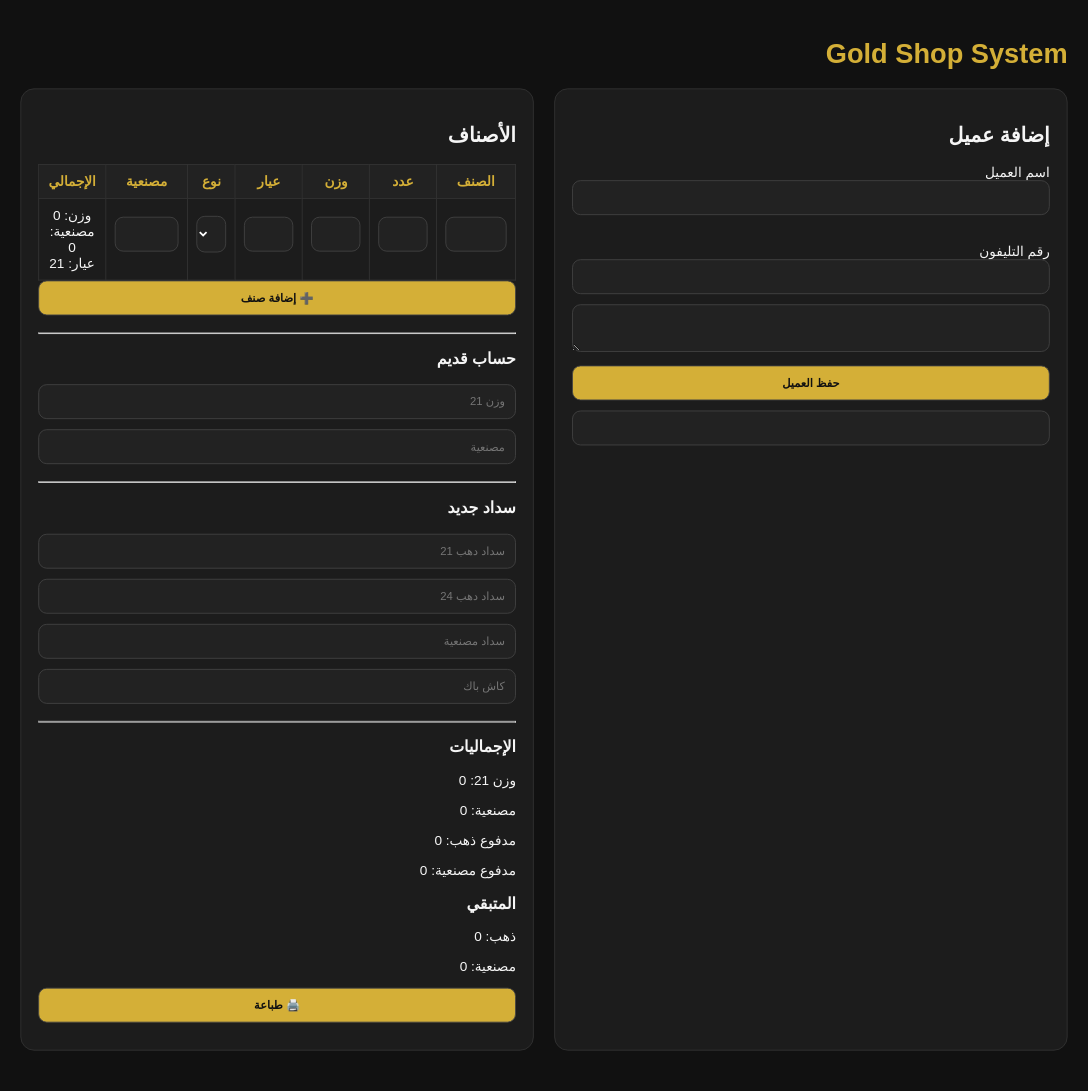
Repository: erineehab27/gold-shop
Page: /
The author's editor kept a copy of each file at every save. The page is drawn from the files as they stood at one save, then again after the next save.
The browser window is 1280 px wide. The pictures show the whole page, at 85% of full size.
The project was rebuilt for these pictures with package versions that can differ from the ones it lists, and the page was loaded fresh each time. Also part of the build but not shown: vite.config.js, src/printpage.jsx.

Above is the page before, as saved 2026-05-11 12:30:44.

### index.html
<!doctype html>
<html lang="en">
  <head>
    <meta charset="UTF-8" />
    <link rel="icon" type="image/svg+xml" href="/favicon.svg" />
    <meta name="viewport" content="width=device-width, initial-scale=1.0" />
    <title>gold-shop-system</title>
  </head>
  <body>
    <div id="root"></div>
    <script type="module" src="/src/main.jsx"></script>
  </body>
</html>

### src/main.jsx
// import React from "react";
// import ReactDOM from "react-dom/client";
// import App from "./App.jsx";

// ReactDOM.createRoot(document.getElementById("root")).render(
//   <React.StrictMode>
//     <App />
//   </React.StrictMode>
// );





import React from "react";
import ReactDOM from "react-dom/client";
import App from "./App.jsx";
import PrintPage from "./printpage.jsx";
import { BrowserRouter, Routes, Route } from "react-router-dom";

ReactDOM.createRoot(document.getElementById("root")).render(
  <BrowserRouter>
    <Routes>
      <Route path="/" element={<App />} />
      <Route path="/print" element={<PrintPage />} />
    </Routes>
  </BrowserRouter>
);

### src/App.jsx


// import { useEffect, useState } from "react";
// import { useNavigate } from "react-router-dom";
// import "./App.css";

// export default function App() {
//   const navigate = useNavigate();
//   const [customers, setCustomers] = useState([]);
//   const [selectedCustomer, setSelectedCustomer] = useState(null);
//   const [search, setSearch] = useState("");

//   const [customerForm, setCustomerForm] = useState({
//     name: "",
//     phone: "",
//     notes: "",
//   });

//   const [invoices, setInvoices] = useState([]);

//   const [items, setItems] = useState([
//     { name: "", count: "", weight: "", karat: "", workmanship: "", type: "gram" }
//   ]);

//   const [oldGold, setOldGold] = useState("");
//   const [oldWorkmanship, setOldWorkmanship] = useState("");

//   const [payGold, setPayGold] = useState("");
//   const [payWorkmanshipNow, setPayWorkmanshipNow] = useState("");

//   useEffect(() => {
//     const savedCustomers = JSON.parse(localStorage.getItem("customers")) || [];
//     const savedInvoices = JSON.parse(localStorage.getItem("invoices")) || [];

//     setCustomers(savedCustomers);
//     setInvoices(savedInvoices);
//   }, []);

//   const fix = (num) => Number(Number(num).toFixed(2));

//   const addCustomer = (e) => {
//     e.preventDefault();
//     if (!customerForm.name) return alert("اكتب اسم العميل");

//     const newCustomer = { id: Date.now(), ...customerForm };
//     const updated = [...customers, newCustomer];

//     setCustomers(updated);
//     localStorage.setItem("customers", JSON.stringify(updated));

//     setCustomerForm({ name: "", phone: "", notes: "" });
//     alert("تم حفظ العميل ✅");
//   };

//   const handleSearch = (value) => {
//     setSearch(value);
//     const all = JSON.parse(localStorage.getItem("customers")) || [];

//     if (!value) return setCustomers(all);

//     const filtered = all.filter(
//       (c) =>
//         c.name.includes(value) ||
//         c.phone.includes(value) ||
//         String(c.id).includes(value)
//     );

//     setCustomers(filtered);
//   };

//   const handleItemChange = (index, field, value) => {
//     const updated = [...items];
//     updated[index][field] = value;
//     setItems(updated);
//   };

//   const addRow = () => {
//     setItems([
//       ...items,
//       { name: "", count: "", weight: "", karat: "", workmanship: "", type: "gram" }
//     ]);
//   };

//   // 🔥 الإجماليات (المعدلة فقط)
//   let totalWeight21 = 0;
//   let totalWorkmanship = 0;

//   items.forEach((item) => {
//     const count = Number(item.count || 0);
//     const weight = Number(item.weight || 0);
//     const karat = Number(item.karat || 0);
//     const workmanship = Number(item.workmanship || 0);

//     let itemWeight = count * weight;
//     let itemWork = 0;

//     if (item.type === "piece") {
//       itemWork = count * workmanship;
//     } else {
//       itemWork = itemWeight * workmanship;
//     }

//     // 🔥 التحويل الصح (هنا بس)
//     let weight21 = 0;

//     if (karat === 24) {
//       weight21 = (itemWeight * 999.9) / 875;
//     } else if (karat === 21) {
//       weight21 = itemWeight;
//     } else {
//       weight21 = (itemWeight * karat) / 875;
//     }

//     totalWeight21 += weight21;
//     totalWorkmanship += itemWork;
//   });

//   // حساب قديم
//   totalWeight21 += Number(oldGold || 0);
//   totalWorkmanship += Number(oldWorkmanship || 0);

//   // السداد
//   const customerInvoices = invoices.filter(
//     (inv) => inv.customer_id === selectedCustomer?.id
//   );

//   let paidGold = 0;
//   let paidWork = 0;

//   customerInvoices.forEach((inv) => {
//     paidGold += Number(inv.totalPaid21 || 0);
//     paidWork +=
//       Number(inv.workmanshipTotal || 0) -
//       Number(inv.remainingWorkmanship || 0);
//   });

//   const totalPaidGold = paidGold + Number(payGold || 0);
//   const totalPaidWork = paidWork + Number(payWorkmanshipNow || 0);

//   const remainingGold = fix(totalWeight21 - totalPaidGold);
//   const remainingWork = fix(totalWorkmanship - totalPaidWork);

//   return (
//     <div className="app">
//       <h1>Gold Shop System</h1>

//       <div className="grid">
//         {/* الشمال */}
//         <section className="card">
//           <h2>إضافة عميل</h2>

//           <form onSubmit={addCustomer}>
//             <label>اسم العميل</label>
//             <input
//               value={customerForm.name}
//               onChange={(e) =>
//                 setCustomerForm({ ...customerForm, name: e.target.value })
//               }
//             />

//             <label>رقم التليفون</label>
//             <input
//               value={customerForm.phone}
//               onChange={(e) =>
//                 setCustomerForm({ ...customerForm, phone: e.target.value })
//               }
//             />

//             <label>ملاحظات</label>
//             <textarea
//               value={customerForm.notes}
//               onChange={(e) =>
//                 setCustomerForm({ ...customerForm, notes: e.target.value })
//               }
//             />

//             <button>حفظ العميل</button>
//           </form>

//           <label>بحث</label>
//           <input value={search} onChange={(e) => handleSearch(e.target.value)} />

//           <div className="list">
//             {customers.map((c) => (
//               <div
//                 key={c.id}
//                 className="customer"
//                 onClick={() => setSelectedCustomer(c)}
//               >
//                 <strong>#{c.id} - {c.name}</strong>
//                 <span>{c.phone}</span>
//               </div>
//             ))}
//           </div>
//         </section>

//         {/* اليمين */}
//         <section className="card">
//           <h2>الأصناف</h2>

//           {selectedCustomer && <p>{selectedCustomer.name}</p>}

//           <table>
//             <thead>
//               <tr>
//                 <th>الصنف</th>
//                 <th>عدد</th>
//                 <th>وزن</th>
//                 <th>عيار</th>
//                 <th>نوع</th>
//                 <th>مصنعية</th>
//                 <th>الإجمالي</th>
//               </tr>
//             </thead>

//             <tbody>
//               {items.map((item, i) => {
//                 const count = Number(item.count || 0);
//                 const weight = Number(item.weight || 0);
//                 const karat = Number(item.karat || 0);
//                 const workmanship = Number(item.workmanship || 0);

//                 let itemWeight = count * weight;
//                 let itemWork = 0;

//                 if (item.type === "piece") {
//                   itemWork = count * workmanship;
//                 } else {
//                   itemWork = itemWeight * workmanship;
//                 }

//                 return (
//                   <tr key={i}>
//                     <td><input onChange={(e) => handleItemChange(i, "name", e.target.value)} /></td>
//                     <td><input onChange={(e) => handleItemChange(i, "count", e.target.value)} /></td>
//                     <td><input onChange={(e) => handleItemChange(i, "weight", e.target.value)} /></td>
//                     <td><input onChange={(e) => handleItemChange(i, "karat", e.target.value)} /></td>
//                     <td>
//                       <select onChange={(e) => handleItemChange(i, "type", e.target.value)}>
//                         <option value="gram">جرام</option>
//                         <option value="piece">قطعة</option>
//                       </select>
//                     </td>
//                     <td><input onChange={(e) => handleItemChange(i, "workmanship", e.target.value)} /></td>

//                     {/* ❗ متلمسناش هنا */}
//                     <td>
//                       وزن: {fix(itemWeight)} <br />
//                       مصنعية: {fix(itemWork)} <br />
//                       عيار: {karat === 24 ? "24" : "21"}
//                     </td>
//                   </tr>
//                 );
//               })}
//             </tbody>
//           </table>

//           <button onClick={addRow}>➕ إضافة صنف</button>

//           <hr />

//           <h3>حساب قديم</h3>
//           <input placeholder="وزن 21" onChange={(e) => setOldGold(e.target.value)} />
//           <input placeholder="مصنعية" onChange={(e) => setOldWorkmanship(e.target.value)} />

//           <hr />

//           <h3>سداد جديد</h3>
//           <input placeholder="سداد دهب 21" onChange={(e) => setPayGold(e.target.value)} />
//           <input placeholder="سداد مصنعية" onChange={(e) => setPayWorkmanshipNow(e.target.value)} />

//           <hr />

//           <h3>الإجماليات</h3>
//           <p>وزن 21: {fix(totalWeight21)}</p>
//           <p>مصنعية: {fix(totalWorkmanship)}</p>
//           <p>مدفوع ذهب: {fix(totalPaidGold)}</p>
//           <p>مدفوع مصنعية: {fix(totalPaidWork)}</p>

//           <h3>المتبقي</h3>
//           <p>ذهب: {remainingGold}</p>
//           <p>مصنعية: {remainingWork}</p>

//           {/* <button
//   onClick={() =>
//     navigate("/print", {
//       state: {
//         customer,
//         invoices
//       }
//     })
//   }
// >
//   🖨️ طباعة
// </button> */
// <button
//   onClick={() =>
//     navigate("/print", {
//       state: {
//         customer: selectedCustomer,
//         invoices: customerInvoices,
//         items: items, // 🔥 مهم
//         oldGold,
//         oldWorkmanship,
//         payGold,
//         payWorkmanshipNow
//       }
//     })
//   }
// >
//   🖨️ طباعة
// </button>
// }
//         </section>
//       </div>
//     </div>
//   );
// }
















import { useEffect, useState } from "react";
import { useNavigate } from "react-router-dom";
import "./App.css";

export default function App() {
  const navigate = useNavigate();
  const [customers, setCustomers] = useState([]);
  const [selectedCustomer, setSelectedCustomer] = useState(null);
  const [search, setSearch] = useState("");

  const [customerForm, setCustomerForm] = useState({
    name: "",
    phone: "",
    notes: "",
  });

  const [invoices, setInvoices] = useState([]);

  const [items, setItems] = useState([
    { name: "", count: "", weight: "", karat: "", workmanship: "", type: "gram" }
  ]);

  const [oldGold, setOldGold] = useState("");
  const [oldWorkmanship, setOldWorkmanship] = useState("");

  const [payGold, setPayGold] = useState("");
  const [payGold24, setPayGold24] = useState(""); // 🔥 جديد
  const [payWorkmanshipNow, setPayWorkmanshipNow] = useState("");
  const [cashBack, setCashBack] = useState("");   // 🔥 جديد

  useEffect(() => {
    const savedCustomers = JSON.parse(localStorage.getItem("customers")) || [];
    const savedInvoices = JSON.parse(localStorage.getItem("invoices")) || [];

    setCustomers(savedCustomers);
    setInvoices(savedInvoices);
  }, []);

  const fix = (num) => Number(Number(num).toFixed(2));

  const addCustomer = (e) => {
    e.preventDefault();
    if (!customerForm.name) return alert("اكتب اسم العميل");

    const newCustomer = { id: Date.now(), ...customerForm };
    const updated = [...customers, newCustomer];

    setCustomers(updated);
    localStorage.setItem("customers", JSON.stringify(updated));

    setCustomerForm({ name: "", phone: "", notes: "" });
    alert("تم حفظ العميل ✅");
  };

  const handleSearch = (value) => {
    setSearch(value);
    const all = JSON.parse(localStorage.getItem("customers")) || [];

    if (!value) return setCustomers(all);

    const filtered = all.filter(
      (c) =>
        c.name.includes(value) ||
        c.phone.includes(value) ||
        String(c.id).includes(value)
    );

    setCustomers(filtered);
  };

  const handleItemChange = (index, field, value) => {
    const updated = [...items];
    updated[index][field] = value;
    setItems(updated);
  };

  const addRow = () => {
    setItems([
      ...items,
      { name: "", count: "", weight: "", karat: "", workmanship: "", type: "gram" }
    ]);
  };

  // 🔥 الحساب (زي ما هو + تعديل التحويل فقط)
  let totalWeight21 = 0;
  let totalWorkmanship = 0;

  items.forEach((item) => {
    const count = Number(item.count || 0);
    const weight = Number(item.weight || 0);
    const karat = Number(item.karat || 0);
    const workmanship = Number(item.workmanship || 0);

    let itemWeight = count * weight;
    let itemWork = 0;

    if (item.type === "piece") {
      itemWork = count * workmanship;
    } else {
      itemWork = itemWeight * workmanship;
    }

    // 🔥 التحويل الصح
    let weight21 = 0;

    if (karat === 24) {
      weight21 = (itemWeight * 999.9) / 875;
    } else if (karat === 21) {
      weight21 = itemWeight;
    } else {
      weight21 = (itemWeight * karat) / 875;
    }

    totalWeight21 += weight21;
    totalWorkmanship += itemWork;
  });

  // حساب قديم
  totalWeight21 += Number(oldGold || 0);
  totalWorkmanship += Number(oldWorkmanship || 0);

  // السداد القديم
  const customerInvoices = invoices.filter(
    (inv) => inv.customer_id === selectedCustomer?.id
  );

  let paidGold = 0;
  let paidWork = 0;

  customerInvoices.forEach((inv) => {
    paidGold += Number(inv.totalPaid21 || 0);
    paidWork +=
      Number(inv.workmanshipTotal || 0) -
      Number(inv.remainingWorkmanship || 0);
  });

  // 🔥 تحويل سداد 24 → 21
  const payGold24_to21 = (Number(payGold24 || 0) * 999.9) / 875;

  const totalPaidGold =
    paidGold +
    Number(payGold || 0) +
    payGold24_to21;

  const totalPaidWork =
    paidWork +
    Number(payWorkmanshipNow || 0) +
    Number(cashBack || 0);

  const remainingGold = fix(totalWeight21 - totalPaidGold);
  const remainingWork = fix(totalWorkmanship - totalPaidWork);

  return (
    <div className="app">
      <h1>Gold Shop System</h1>

      <div className="grid">
        {/* الشمال */}
        <section className="card">
          <h2>إضافة عميل</h2>

          <form onSubmit={addCustomer}>
            <label> اسم العميل</label>
            <input
              value={customerForm.name}
              onChange={(e) =>
                setCustomerForm({ ...customerForm, name: e.target.value })
              }
            />
            <label> <h4></h4>رقم التليفون</label>
            <input
              value={customerForm.phone}
              onChange={(e) =>
                setCustomerForm({ ...customerForm, phone: e.target.value })
              }
            />
            <textarea
              value={customerForm.notes}
              onChange={(e) =>
                setCustomerForm({ ...customerForm, notes: e.target.value })
              }
            />
            <button>حفظ العميل</button>
          </form>

          <input value={search} onChange={(e) => handleSearch(e.target.value)} />

          <div className="list">
            {customers.map((c) => (
              <div key={c.id} onClick={() => setSelectedCustomer(c)}>
                {c.name}
              </div>
            ))}
          </div>
        </section>

        {/* اليمين */}
        <section className="card">
          <h2>الأصناف</h2>

          {selectedCustomer && <p>{selectedCustomer.name}</p>}

          {/* ❗❗❗ الجزء دا متلمسش خالص زي ما هو */}
          <table>
            <thead>
              <tr>
                <th>الصنف</th>
                <th>عدد</th>
                <th>وزن</th>
                <th>عيار</th>
                <th>نوع</th>
                <th>مصنعية</th>
                <th>الإجمالي</th>
              </tr>
            </thead>

            <tbody>
              {items.map((item, i) => {
                const count = Number(item.count || 0);
                const weight = Number(item.weight || 0);
                const karat = Number(item.karat || 0);
                const workmanship = Number(item.workmanship || 0);

                let itemWeight = count * weight;
                let itemWork = 0;

                if (item.type === "piece") {
                  itemWork = count * workmanship;
                } else {
                  itemWork = itemWeight * workmanship;
                }

                return (
                  <tr key={i}>
                    <td><input onChange={(e) => handleItemChange(i, "name", e.target.value)} /></td>
                    <td><input onChange={(e) => handleItemChange(i, "count", e.target.value)} /></td>
                    <td><input onChange={(e) => handleItemChange(i, "weight", e.target.value)} /></td>
                    <td><input onChange={(e) => handleItemChange(i, "karat", e.target.value)} /></td>
                    <td>
                      <select onChange={(e) => handleItemChange(i, "type", e.target.value)}>
                        <option value="gram">جرام</option>
                        <option value="piece">قطعة</option>
                      </select>
                    </td>
                    <td><input onChange={(e) => handleItemChange(i, "workmanship", e.target.value)} /></td>
                    <td>
                      وزن: {fix(itemWeight)} <br />
                      مصنعية: {fix(itemWork)} <br />
                      عيار: {karat === 24 ? "24" : "21"}
                    </td>
                  </tr>
                );
              })}
            </tbody>
          </table>

          <button onClick={addRow}>➕ إضافة صنف</button>

          <hr />

          <h3>حساب قديم</h3>
          <input placeholder="وزن 21" onChange={(e) => setOldGold(e.target.value)} />
          <input placeholder="مصنعية" onChange={(e) => setOldWorkmanship(e.target.value)} />

          <hr />

          <h3>سداد جديد</h3>
          <input placeholder="سداد دهب 21" onChange={(e) => setPayGold(e.target.value)} />
          <input placeholder="سداد دهب 24" onChange={(e) => setPayGold24(e.target.value)} />
          <input placeholder="سداد مصنعية" onChange={(e) => setPayWorkmanshipNow(e.target.value)} />
          <input placeholder="كاش باك" onChange={(e) => setCashBack(e.target.value)} />

          <hr />

          <h3>الإجماليات</h3>
          <p>وزن 21: {fix(totalWeight21)}</p>
          <p>مصنعية: {fix(totalWorkmanship)}</p>
          <p>مدفوع ذهب: {fix(totalPaidGold)}</p>
          <p>مدفوع مصنعية: {fix(totalPaidWork)}</p>

          <h3>المتبقي</h3>
          <p>ذهب: {remainingGold}</p>
          <p>مصنعية: {remainingWork}</p>

          <button
            onClick={() =>
              navigate("/print", {
                state: {
                  customer: selectedCustomer,
                  invoices: customerInvoices,
                  items,
                  oldGold,
                  oldWorkmanship,
                  payGold,
                  payGold24,
                  payWorkmanshipNow,
                  cashBack
                }
              })
            }
          >
            🖨️ طباعة
          </button>
        </section>
      </div>
    </div>
  );
}

### src/App.css
body {
  margin: 0;
  font-family: Arial, sans-serif;
  background: #111;
  color: #f5f5f5;
  direction: rtl;
}

.app {
  padding: 24px;
}

h1 {
  color: #d4af37;
}

.grid {
  display: grid;
  grid-template-columns: 1fr 1fr;
  gap: 24px;
}

.card {
  background: #1c1c1c;
  border: 1px solid #333;
  border-radius: 16px;
  padding: 20px;
  margin-bottom: 24px;
}

input,
textarea,
select,
button {
  width: 100%;
  padding: 12px;
  margin-bottom: 12px;
  border-radius: 10px;
  border: 1px solid #444;
  box-sizing: border-box;
}

input,
textarea,
select {
  background: #222;
  color: white;
}

button {
  background: #d4af37;
  color: #111;
  font-weight: bold;
  cursor: pointer;
}

.customer {
  padding: 12px;
  background: #222;
  margin-bottom: 8px;
  border-radius: 10px;
  cursor: pointer;
}

.customer:hover {
  background: #333;
}

.customer span {
  display: block;
  color: #aaa;
  margin-top: 4px;
}

table {
  width: 100%;
  border-collapse: collapse;
  margin-top: 16px;
}

th,
td {
  border: 1px solid #333;
  padding: 10px;
  text-align: center;
}

th {
  background: #222;
  color: #d4af37;
}

.debt {
  color: #ff6b6b;
}

.credit {
  color: #4ade80;
}

After the next save:
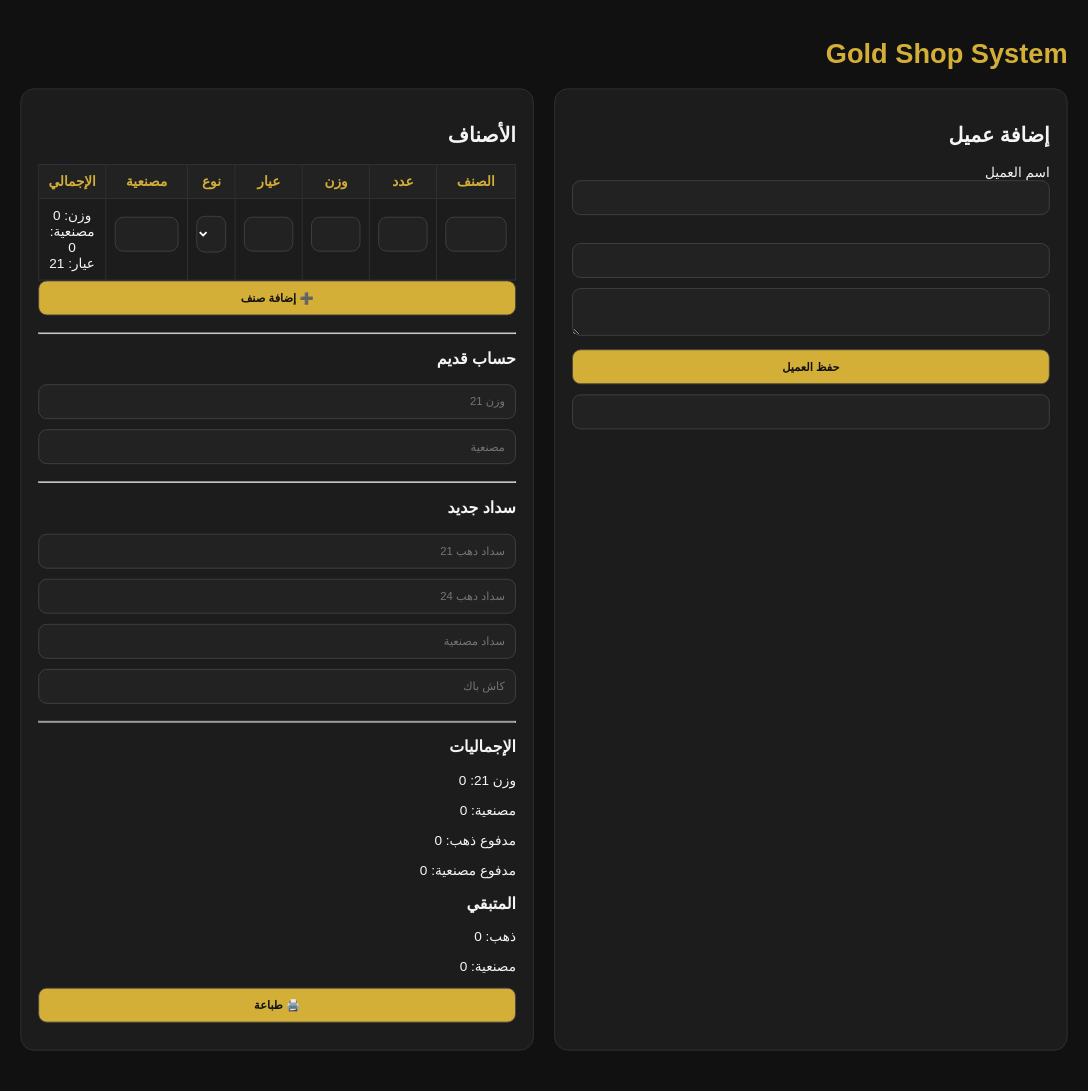
Saved 13 s later.
--- a/src/App.jsx
+++ b/src/App.jsx
@@ -501,7 +501,7 @@ export default function App() {
                 setCustomerForm({ ...customerForm, name: e.target.value })
               }
             />
-            <label> <h4></h4>رقم التليفون</label>
+            <label> <h4></h4></label>
             <input
               value={customerForm.phone}
               onChange={(e) =>
